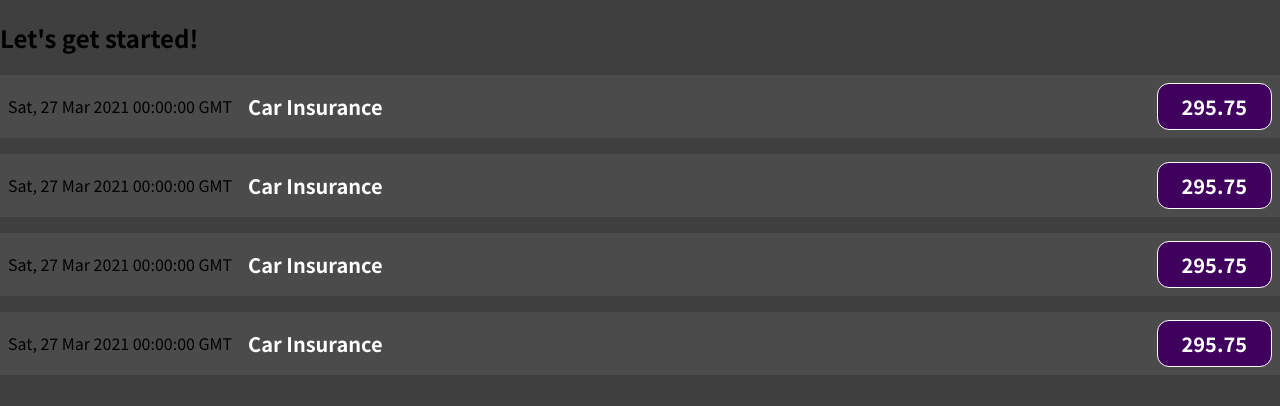
Repository: kowalkos/react-course-first
Page: /
An editor plug-in stored every save of this project. The page is shown before and after the next save, followed by the edit.
The browser window is 1280 px wide. The pictures show the whole page.
The project was rebuilt for these pictures with package versions that can differ from the ones it lists, and the page was loaded fresh each time.

Above is the page before, as saved 2021-11-27 17:07:47.

After the next save:
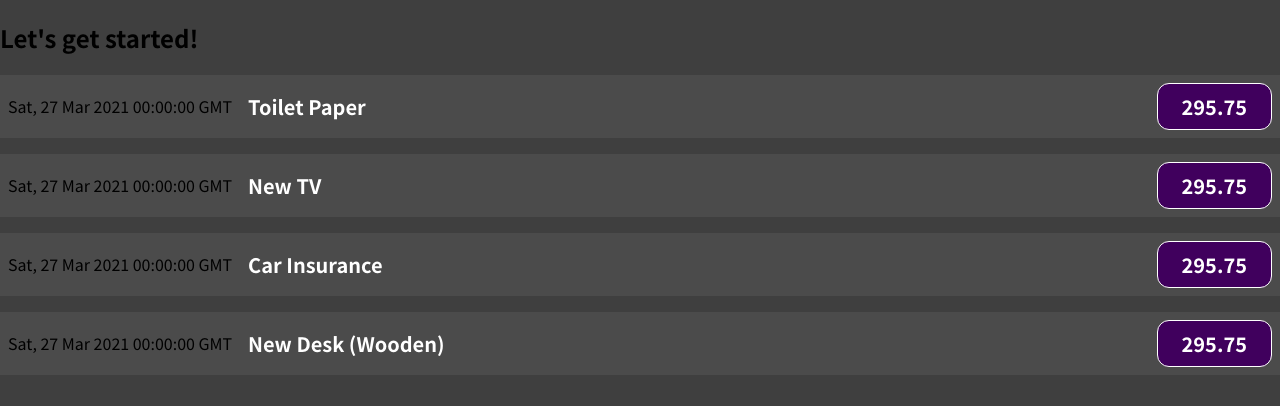
Saved 92 s later.
--- a/src/components/ExpenseItem.js
+++ b/src/components/ExpenseItem.js
@@ -1,13 +1,14 @@
-import './ExpenseItem.css';
-function ExpenseItem() {
-    const expenseDate=new Date(2021,2,27);
-    const expenseTitle='Car Insurance';
-    const expenseAmount=295.75
+import "./ExpenseItem.css";
+function ExpenseItem(props) {
+  const expenseDate = new Date(2021, 2, 27);
+  const expenseTitle = "Car Insurance";
+  const expenseAmount = 295.75;
+
   return (
     <div className="expense-item">
       <div>{expenseDate.toUTCString()}</div>
       <div className="expense-item__description">
-        <h2>{expenseTitle}</h2>
+        <h2>{props.title}</h2>
         <div className="expense-item__price">{expenseAmount}</div>
       </div>
     </div>
